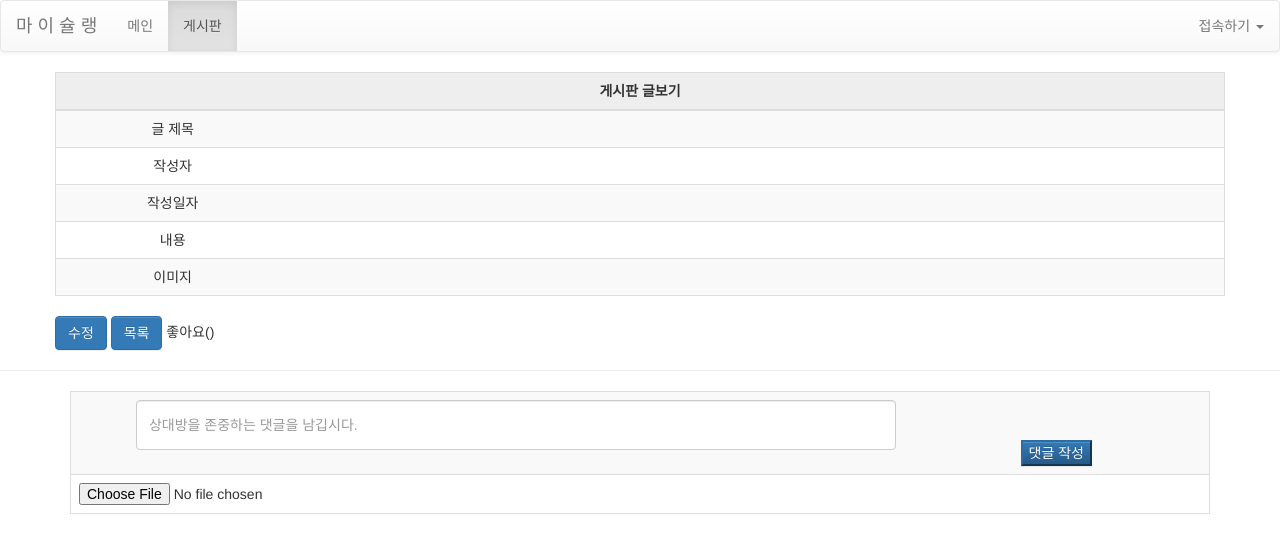
Repository: serendipity63/mychelin
Page: http://localhost/board/WEB-INF/views/detailform.jsp
An editor plug-in stored every save of this project. The page is shown before and after the next save, followed by the edit.
The browser window is 1280 px wide. The pictures show the whole page.
Some web libraries are served in a nearby version. The page is served by Tomcat 9. Nobody is signed in. The template is opened directly, without the code that normally fills it, so the values that code supplies are empty.

Above is the page before, as saved 2024-01-11 13:44:20.
Console error (its wording comes from the project's code and is left out).

After the next save:
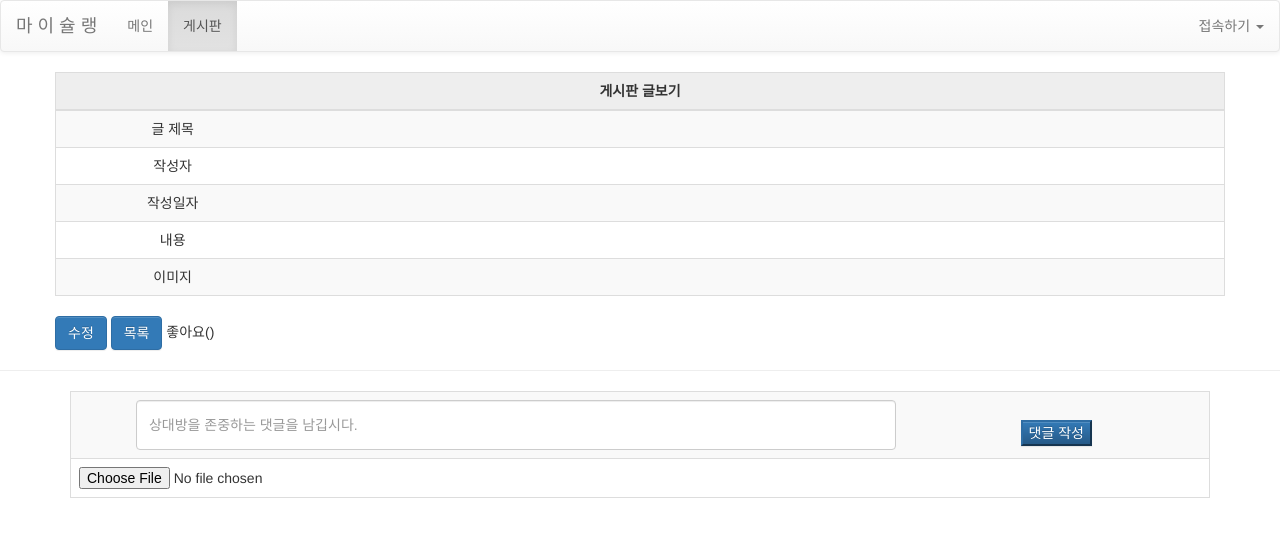
Saved 21 s later.
--- a/board/src/main/webapp/WEB-INF/views/detailform.jsp
+++ b/board/src/main/webapp/WEB-INF/views/detailform.jsp
@@ -189,7 +189,7 @@
 				<tr>
 					<td style="border-bottom:none;" valign="middle"><br><br>${user.id}</td>
 					<td><input type="text" style="height:5rem;" class="form-control" placeholder="상대방을 존중하는 댓글을 남깁시다." name = "commentText"></td>
-					<td><br><br><input type="submit" class="btn-primary pull" value="댓글 작성"></td>
+					<td><br><input type="submit" class="btn-primary pull" value="댓글 작성"></td>
 				</tr>
 				<tr>
 					<td colspan="3"><input type="file" name="fileName"></td>
